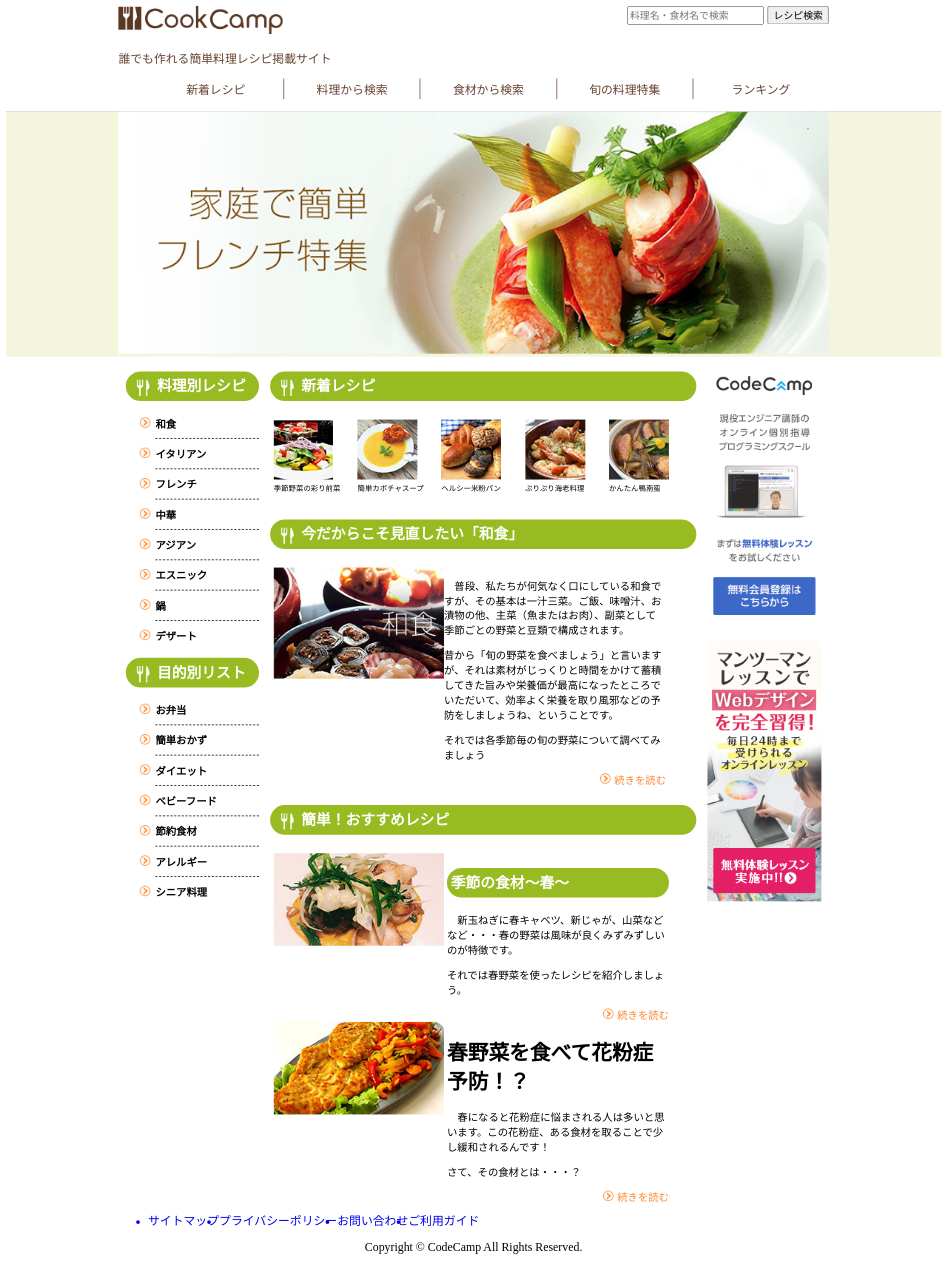
Repository: tomimaler/dc_work_tamachi_inagaki_html
Page: cookcamp/cookcamp.html
The author's editor kept a record of every edit. The page is drawn from the files as they stood at one moment, then again after the next edit.
The browser window is 1280 px wide. The pictures show the whole page, at 74% of full size.

Above is the page before.

### cookcamp/cookcamp.html
<!DOCTYPE html>
<html lang="ja">
 <head>
  <meta charset="UTF-8">
  <title>CookCamp</title>
  <link rel="stylesheet" href="cookcamp.css">

 <body>
  <header>
    <div class="container">
        <img class="logo" src="images/structure/logo.png">
        <input type="submit" value="レシピ検索">
        <input id="search" type="text" name="search" placeholder="料理名・食材名で検索">
        <p>誰でも作れる簡単料理レシピ掲載サイト</p>
        <ul class="header-menu">
            <a href="#"><li class="menu1">新着レシピ</li></a>
            <a href="#"><li>料理から検索</li></a>
            <a href="#"><li>食材から検索</li></a>
            <a href="#"><li>旬の料理特集</li></a>
            <a href="#"><li>ランキング</li></a>
        </ul>
    </div>
 </header>
 <main>
    <div class="container">
        <img class="mainView" src="images/contents/mainView.jpg">
        <nav class="left-column">
            <div class="recipe-nav">
                <h3><img src="images/icon/dish.png">料理別レシピ</h3>
                <ul class="recipe-list">
                    <a href="#"><li>和食</li></a>
                    <a href="#"><li>イタリアン</li></a>
                    <a href="#"><li>フレンチ</li></a>
                    <a href="#"><li>中華</li></a>
                    <a href="#"><li>アジアン</li></a>
                    <a href="#"><li>エスニック</li></a>
                    <a href="#"><li>鍋</li></a>
                    <a href="#"><li>デザート</li></a>
                </ul>
            </div>
            <div class="recipe-nav">
                <h3><img src="images/icon/dish.png">目的別リスト</h3>
                <ul class="recipe-list">
                    <a href="#"><li>お弁当</li></a>
                    <a href="#"><li>簡単おかず</li></a>
                    <a href="#"><li>ダイエット</li></a>
                    <a href="#"><li>ベビーフード</li></a>
                    <a href="#"><li>節約食材</li></a>
                    <a href="#"><li>アレルギー</li></a>
                    <a href="#"><li>シニア料理</li></a>
                </ul>
            </div>
        </nav>
        <div class="main-column">
            <div class="article">
                <h3><img src="images/icon/dish.png">新着レシピ</h3>
                <div class="section">
                    <div class="new-recipes">
                        <div class="new-recipe">
                            <img src="images/contents/newRecipes1.jpg" alt="季節野菜の彩り前菜">
                            <p>季節野菜の彩り前菜</p>
                        </div>
                        <div class="new-recipe">
                            <img src="images/contents/newRecipes2.jpg" alt="簡単カボチャスープ">
                            <p>簡単カボチャスープ</p>
                        </div>
                        <div class="new-recipe">
                            <img src="images/contents/newRecipes3.jpg" alt="ヘルシー米粉パン">
                            <p>ヘルシー米粉パン</p>
                        </div>
                        <div class="new-recipe">
                            <img src="images/contents/newRecipes4.jpg" alt="ぷりぷり海老料理">
                            <p>ぷりぷり海老料理</p>
                        </div>
                        <div class="new-recipe">
                            <img src="images/contents/newRecipes5.jpg" alt="かんたん鴨南蛮">
                            <p>かんたん鴨南蛮</p>
                        </div>
                    </div>
                </div>
            </div>
            <div class="article">
                <h3><img src="images/icon/dish.png">今だからこそ見直したい「和食」</h3>
                <div class="section">
                    <img class="section-img" src="images/contents/topics.jpg" alt="和食" align="left">
                    <div class="section-text">
                        <p>　普段、私たちが何気なく口にしている和食ですが、その基本は一汁三菜。ご飯、味噌汁、お漬物の他、主菜（魚またはお肉）、副菜として季節ごとの野菜と豆類で構成されます。</p>
                        <p>昔から「旬の野菜を食べましょう」と言いますが、それは素材がじっくりと時間をかけて蓄積してきた旨みや栄養価が最高になったところでいただいて、効率よく栄養を取り風邪などの予防をしましょうね、ということです。</p>
                        <p>それでは各季節毎の旬の野菜について調べてみましょう</p>
                        <a href="#"><img src="images/icon/arrow.png" alt="arrow">続きを読む</a>
                    </div>
                </div>
            </div>
            <div class="article">
                <h3><img src="images/icon/dish.png">簡単！おすすめレシピ</h3>
                <div class="section">
                    <img class="section-img" src="images/contents/pushRecipes1.jpg" alt="春">
                    <div class="section-text">
                        <h3>季節の食材～春～</h3>
                        <p>　新玉ねぎに春キャベツ、新じゃが、山菜などなど・・・春の野菜は風味が良くみずみずしいのが特徴です。</p>
                        <p>それでは春野菜を使ったレシピを紹介しましょう。</p>
                        <a href="#"><img src="images/icon/arrow.png" alt="arrow">続きを読む</a>
                    </div>
                    <img class="section-img" src="images/contents/pushRecipes2.jpg" alt="花粉症">
                    <div class="section-text">
                        <h1>春野菜を食べて花粉症予防！？</h1>
                        <p>　春になると花粉症に悩まされる人は多いと思います。この花粉症、ある食材を取ることで少し緩和されるんです！</p>
                        <p>さて、その食材とは・・・？</p>
                        <a href="#"><img src="images/icon/arrow.png" alt="arrow">続きを読む</a>
                    </div>
                </div>
            </div>
        </div>
        <aside class="right-column">
            <a href="#"><img src="images/contents/right1.png"></a>
            <a href="#"><img src="images/contents/right2.png"></a>
        </aside>
    </div>
</main>
<footer>
    <div class="container">
        <ul class="footer-list">
            <a href="#"><li>サイトマップ</li></a>
            <a href="#"><li>プライバシーポリシー</li></a>
            <a href="#"><li>お問い合わせ</li></a>
            <a href="#"><li>ご利用ガイド</li></a>
        </ul>
        <p>Copyright &copy; CodeCamp All Rights Reserved.</p>
    </div>
</footer>
</body>
</html>

### cookcamp/cookcamp.css
.container {
    width:960px;
    margin:0 auto;
}

main {
    background-color:#f5f5dd;
}

a {
    text-decoration:none;
}

header, footer {
    background-color:white;
}

header {
    border-bottom:1px solid #cccccc;
}

header logo {
    float:left;
}

header p{
    color:#664433;
    clear:both;
}

header input {
    float:right;
}

#search {
    height:20px;
    margin-right:5px;
}

.header-menu {
    display:flex;
    text-align:center;
    list-style:none;
}

.header-menu a+ a {
    border-left:1px solid;
}

.header-menu a {
    color:#664433;
    flex:1;
    padding:2px;
}

.mainView {
    width:100%;
}

.recipe-nav {
    margin:10px;
    background-color:white;
}

h3 {
    background-color:#99bb22;
    padding:5px;
    border-radius:25px;
    line-height:30px;
    font-size:20px;
    color:white;
}

h3 img {
    margin-left:10px;
    margin-right:10px;
    vertical-align:-20%;
}

.recipe-list {
    list-style-image: url('images/icon/arrow.png');
    text-align:left;
}

.recipe-list a {
    display:block;
    color:black;
}

.recipe-list li {
    margin:10px 0;
    font-size:14px;
    font-weight:bold;
}

.recipe-list a+ a {
    border-top:1px dashed;
}

.new-recipes {
    display:flex;
    justify-content: center;
    align-items:center;
}

.new-recipe {
    flex:1;
}

.new-recipe img {
    margin-bottom:0;
    padding-bottom:0;
}

.new-recipe p {
    font-size:10px;
    width:100%;
    margin-top:0;
    padding-top:0;
}

.section-img {
    display:inline-block;
}

.section-text {
    display:inline-block;
    vertical-align:top;
    font-size:14px;
    width:300px;
}

.section-text a{
    color:#fc8833;
    float:right;
}

.section-text img {
    margin-right:5px;
}

h4 {
    color:#664433;
}

.article {
    margin:5px;
}

.section {
    padding:5px;
}

.right-column img {
    margin:10px;
}

.left-column {
    width:200px;
    float:left;
}

.main-column {
    width:586px;
    float:left;
}

.right-column {
    width:155px;
    float:left;
}

footer {
    clear:both;
    text-align:center;
}

.footer-list {
    display:flex;
}

.footer-list li {
    flex:1;
}

After the next edit:
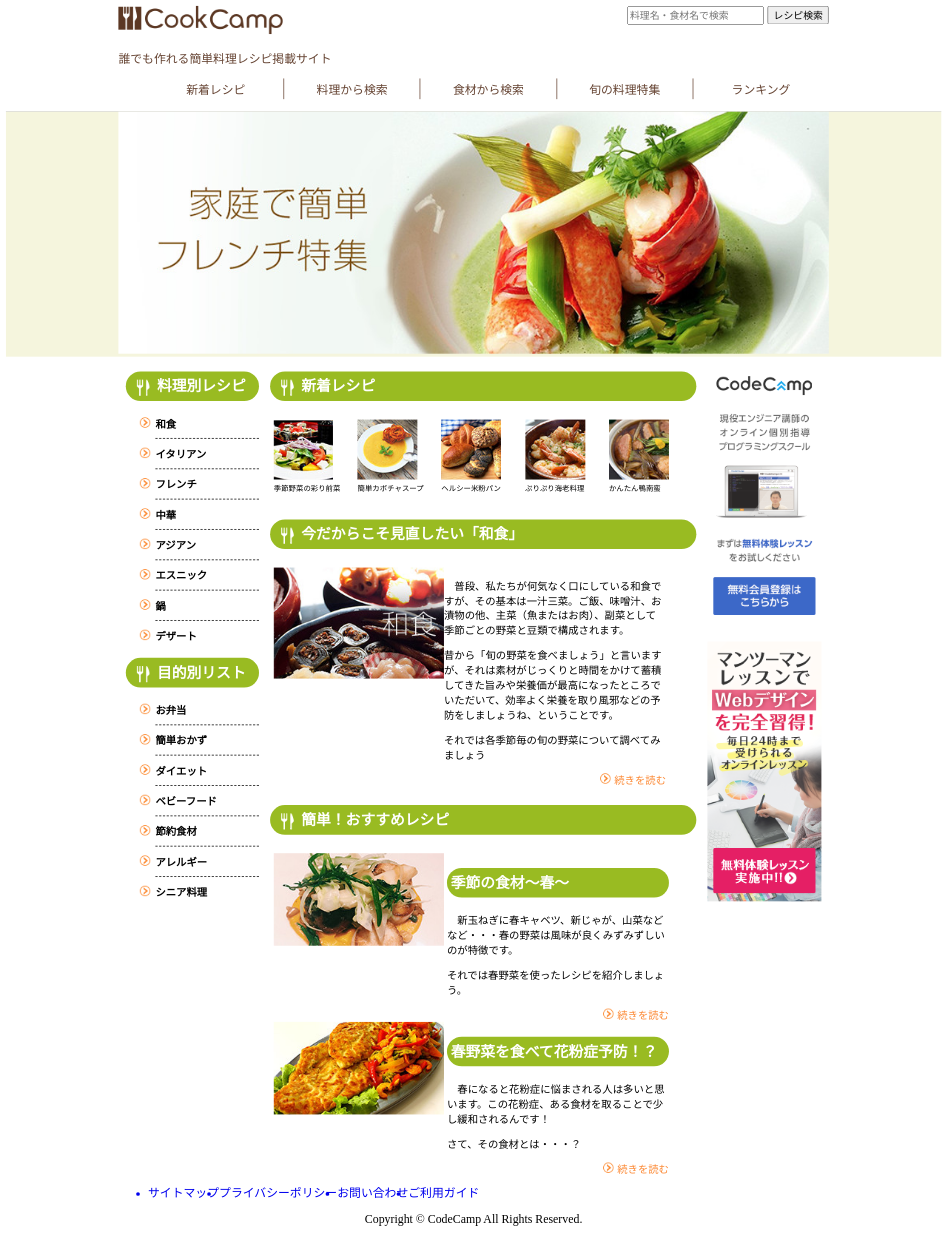
The edit:
--- a/cookcamp/cookcamp.html
+++ b/cookcamp/cookcamp.html
@@ -103,7 +103,7 @@
                     </div>
                     <img class="section-img" src="images/contents/pushRecipes2.jpg" alt="花粉症">
                     <div class="section-text">
-                        <h1>春野菜を食べて花粉症予防！？</h1>
+                        <h3>春野菜を食べて花粉症予防！？</h3>
                         <p>　春になると花粉症に悩まされる人は多いと思います。この花粉症、ある食材を取ることで少し緩和されるんです！</p>
                         <p>さて、その食材とは・・・？</p>
                         <a href="#"><img src="images/icon/arrow.png" alt="arrow">続きを読む</a>
